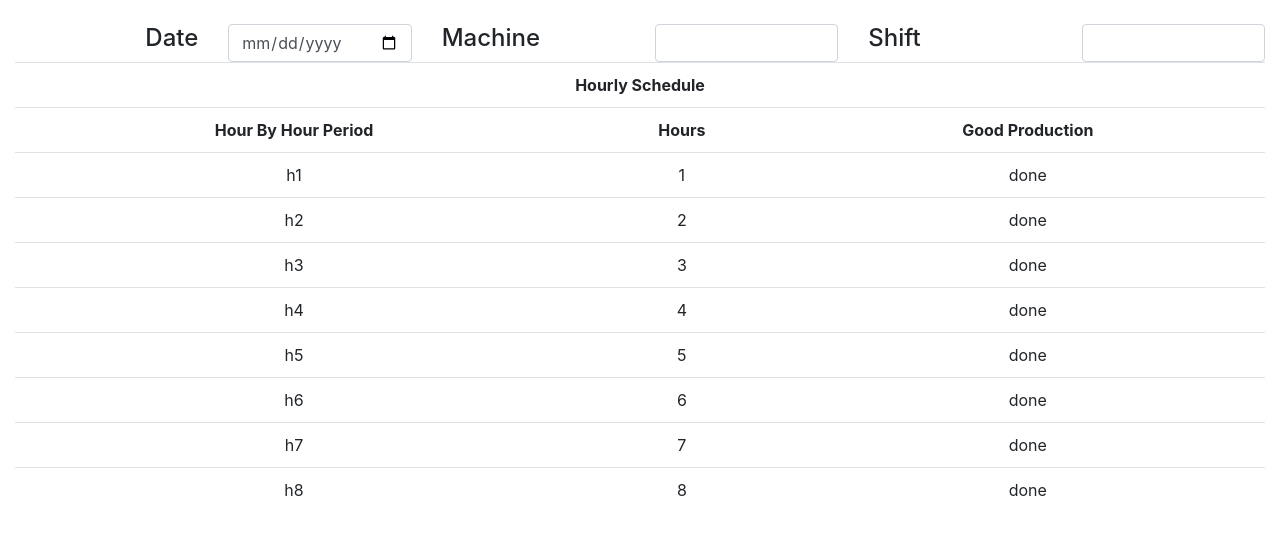
Repository: hisamit97/TVS-Locas
Page: index.html
These files come from the project's save history. The page is drawn as it stood at one moment and after the next save; the edit follows.
The browser window is 1280 px wide. The pictures show the whole page.

Above is the page before, as saved 2020-11-30 18:41:03.

After the next save:
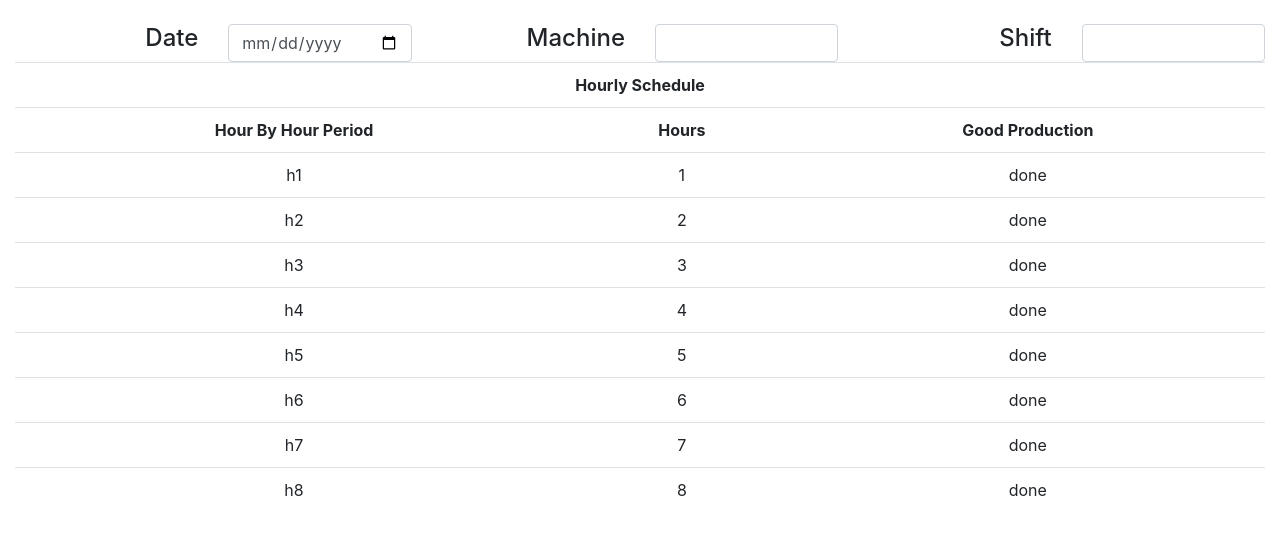
Saved 34 s later.
--- a/index.html
+++ b/index.html
@@ -25,13 +25,13 @@
             </div>
             <div class="col-md-4">
                 <div class="row">
-                    <div class="col-md-6" ><h4>Machine</h4></div>
+                    <div class="col-md-6 text-right" ><h4>Machine</h4></div>
                     <div class="col-md-6"><input type="text" class="form-control"></div>
                 </div>
             </div>
             <div class="col-md-4">
                 <div class="row">
-                    <div class="col-md-6" ><h4>Shift</h4></div>
+                    <div class="col-md-6 text-right" ><h4>Shift</h4></div>
                     <div class="col-md-6"><input type="text" class="form-control"></div>
                 </div>
             </div>
